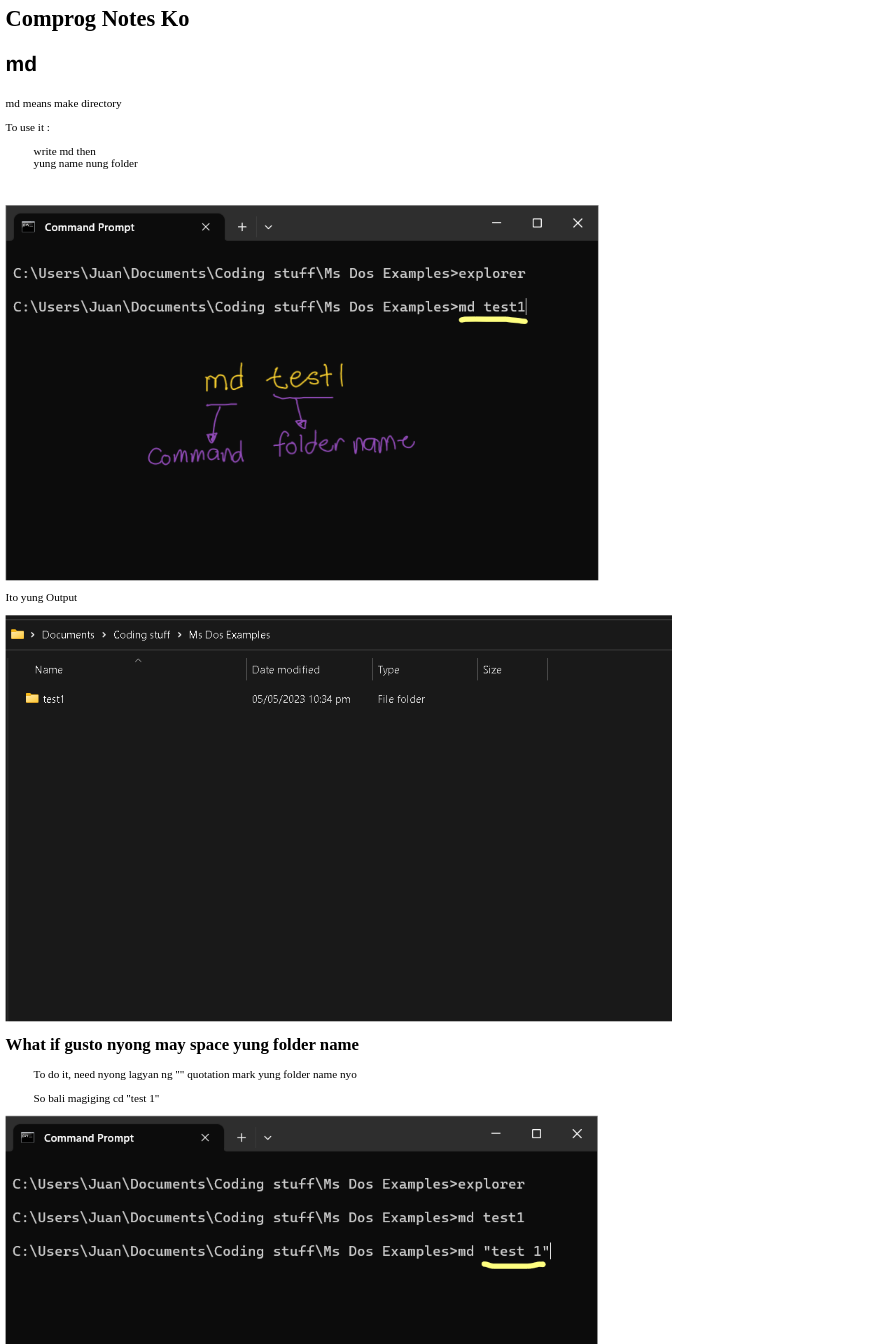
Repository: zwainer/Comprog
Page: index.html
The author's editor kept a copy of each file at every save. The page is drawn from the files as they stood at one save, then again after the next save.
The browser window is 1280 px wide. The pictures show the part of the page from y = 0 to 1920 px (the page is 3873 px tall before and 1307 px after), at 70% of full size.

Above is the page before, as saved 2023-05-05 22:47:44.

After the next save:
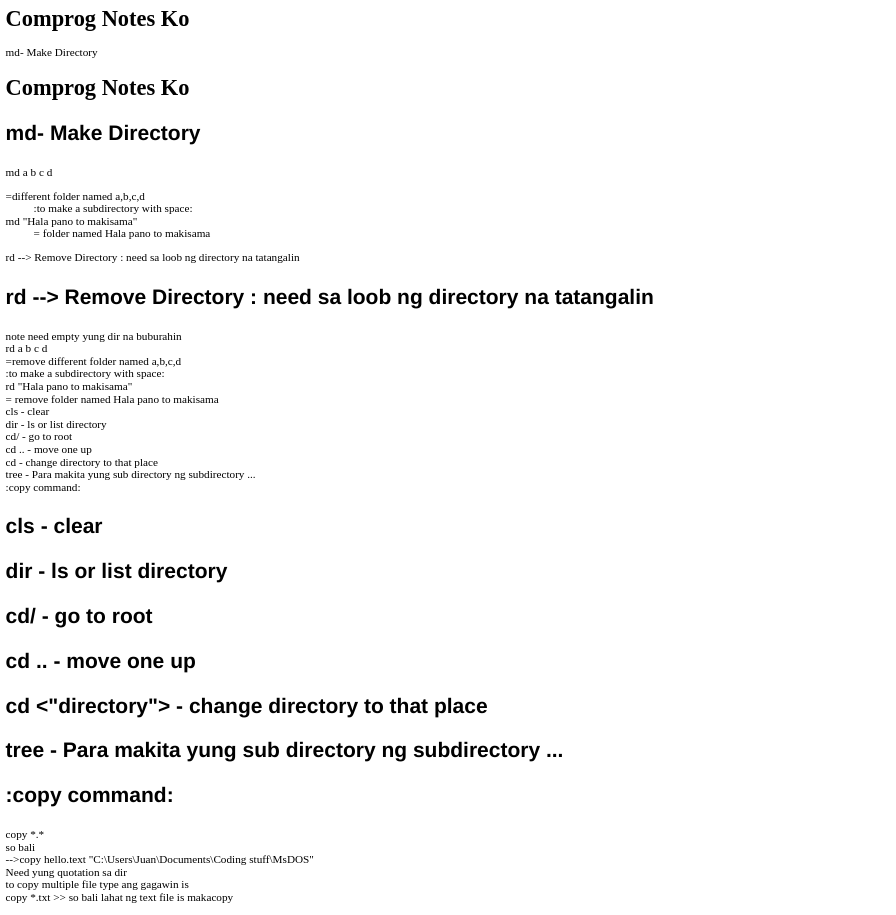
Saved 51 min 24 s later.
--- a/index.html
+++ b/index.html
@@ -1,90 +1,31 @@
 <html>
+
+	<h1>Comprog Notes Ko</h1>
+<p>md- Make Directory <br/>
+
 	<head>
 		<link rel="stylesheet" href="index.css">
 	</head>
+	<h1>Comprog Notes Ko</h1>
+<p class="StartCommand">md- Make Directory <br/></p>
 
-	<h1>Comprog Notes Ko</h1>
-
-	<p class="StartCommand">
-		md
-		<br/>
-
-	</p>
-
-	<p>md means make directory <br/>
-	</p>
-	<p>To use it :
-		<dl>
-			<dd>
-				write md then
-			</dd>
-
-			<dd>
-				yung name nung folder
-			</dd>
-		</dl>
-
-	<br/>
-	</p>
-
-
-	</p>
-
-	<img src="pictures/1_1.png">
-
-	<p>Ito yung Output <br/></p>
-
-
-	<img src="pictures/2.png">
-
-	<h2>What if gusto nyong may space yung folder name<br/></h2>
-	<dl>
-		<dd>
-			<p> To do it, need nyong lagyan ng "" quotation mark yung folder name nyo<br/></p>
-		</dd>
-
-		<dd>
-			<p> So bali magiging cd "test 1"<br/></p>
-		</dd>
-	</dl>
-
-	<img src="pictures/3.png">
-
-	<p>Ito yung Output <br/></p>
-
-	<img src="pictures/4.png">
-
-
-
-
-
-
-
-
-
-
-	<p>md a b c d  <br/></p>
-
+	md a b c d  <br/>
 	<dl>
 <dt>=different folder named a,b,c,d<br/></dt>
 
 	<dd>:to make a subdirectory with space:<br/></dd>
 
-	<dt>md "Hala pano to makisama"<br/>
-	</dt>
+	<dt>md "Hala pano to makisama"<br/></dt>
 		<dd>= folder named Hala pano to makisama<br/></dd>
 </dl>
+rd --> Remove Directory : need sa loob ng directory na tatangalin<br/>
 
 <p class="StartCommand">rd --> Remove Directory : need sa loob ng directory na tatangalin<br/></p>
 
 
-	<p>
-		*note* need empty yung dir na buburahin
-		<br/>
-	</p>
+	note need empty yung dir na buburahin<br/>
 
-		rd a b c d <br/>
-
+rd a b c d <br/>
 		=remove different folder named a,b,c,d<br/>
 
 	:to make a subdirectory with space:<br/>
@@ -112,30 +53,23 @@ tree - Para makita yung sub directory ng subdirectory ...<br/>
 
 <p class="StartCommand">dir - ls or list directory<br/></p>
 
-<p class="StartCommand">cd - Change Directory<br/></p>
+<p class="StartCommand">cd/ - go to root<br/></p>
 
+<p class="StartCommand">cd .. - move one up<br/></p>
 
-<p >cd/ - go to root<br/></p>
+<p class="StartCommand">cd <"directory"> - change directory to that place<br/></p>
 
-<p>cd .. - move one up<br/></p>
-
-<p >cd <"directory"> - change directory to that place<br/></p>
-
-<p >tree - Para makita yung sub directory ng subdirectory ...<br/></p>
+<p class="StartCommand">tree - Para makita yung sub directory ng subdirectory ...<br/></p>
 
 <p class="StartCommand">:copy command:<br/></p>
 
 
 copy *.*<br/>
 
-	so bali: <br/>
-		<p>
-				-->copy hello.text "C:\Users\Juan\Documents\Coding stuff\MsDOS"<br/>
-			Need yung quotation sa dir
-			<br/>
-		</p>
+	so bali <br/>
+		-->copy hello.text "C:\Users\Juan\Documents\Coding stuff\MsDOS"<br/>
+			Need yung quotation sa dir<br/>
 
-		<p>
 	to copy multiple file type ang gagawin is </br>
 	copy *.txt >> so bali lahat ng text file is makacopy</br>
 
